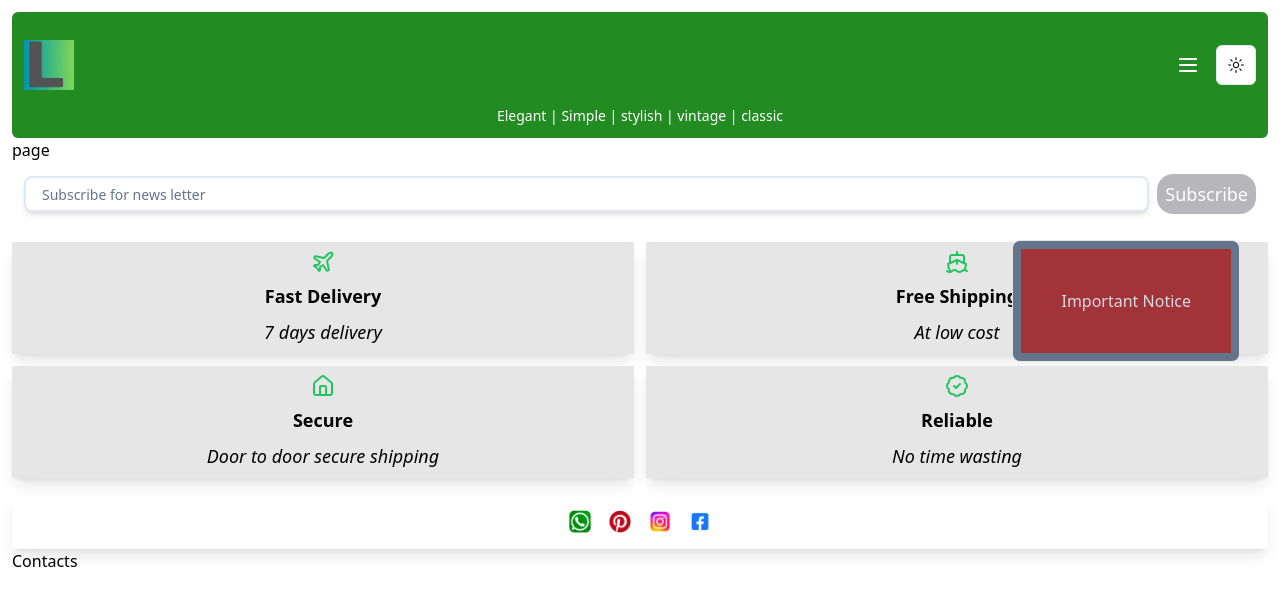
Repository: Semanmernstack/bisi-abejide
Page: /bb
These files come from the project's save history. The page is drawn as it stood at one moment and after the next save; the edit follows.
The browser window is 1280 px wide. The pictures show the whole page.
The project was rebuilt for these pictures with package versions that can differ from the ones it lists, and the page was loaded fresh each time. The framework's server and built-in components were replaced by stand-ins that run in the browser. Also part of the build but not shown: next.config.mjs.

Above is the page before, as saved 2024-04-24 09:37:47.

### app/layout.tsx
import type { Metadata } from "next";
import { Inter } from "next/font/google";
import "./globals.css";
import { ThemeProvider } from "@/components/theme-provider";
import Nav from "@/components/Nav";
import Footer from "@/components/Footer";

const inter = Inter({ subsets: ["latin"] });

export const metadata: Metadata = {
  title: "Welcome to Lolaflo store",
  description: "Hppy Shopping",
};

export default function RootLayout({
  children,
}: Readonly<{
  children: React.ReactNode;
}>) {
  return (
    <html lang="en">
      <body className=" flex flex-col p-3  min-h-screen   dark:bg-gray-800 dark:text-white">
      <ThemeProvider
            attribute="class"
            defaultTheme="system"
            enableSystem
            disableTransitionOnChange
          >
            <Nav/>
        {children}
        <Footer/>
      </ThemeProvider>
        </body>
    </html>
  );
}

### components/Nav.tsx
"use client"

import Image from "next/image"
import Cat from "./Cat"
import Toggle from "./Toggle"
import { motion } from "framer-motion"
import anky from '../public/anky.gif'
import Link from "next/link"

function Nav() {
    return (
      <div    className='p-3 top-0 z-50 sticky w-full bg-[#228B22] rounded-md  '>

          <div    className='flex py-4 gap-2 items-center justify-between '>
              <motion.div
                     initial={{
                        x: -500,
                         opacity: 0,
                        scale:0.5,
                    }}
                    animate={{
                        x:0,
                        opacity: 1,
                        scale: 1,
                    }}
                    transition={{
                        duration: 1,
                    }}
                    className='flex flex-col  justify-start   font-serif items-center  text-white'>
                    <Link href={'/'} className="flex flex-col ">


                      <Image className="flex justify-start" src={anky} alt="" width={50} height={40}/>

                    </Link>






              </motion.div>
              <motion.div
                  initial={{
                    x: 500,
                    opacity: 0,
                    scale:0.5,
                }}
                animate={{
                    x:0,
                    opacity: 1,
                    scale: 1,
                }}
                transition={{
                    duration: 1,
                }}
                className='flex items-center  space-x-2'>
                  <Cat/>
                  <Toggle/>
              </motion.div>
          </div>

          <div  className="flex  text-center justify-center text-white text-xs ">
                <h1 className="text-sm font-medium">Elegant | Simple | stylish | vintage | classic</h1>
            </div>

      </div>
    )
  }

  export default Nav

### components/Footer.tsx
"use client"
import React, { useState } from 'react'
import Mailing from './Mailing'
import Delivery from './Delivery'
import Ai from './Ai'
import NewsLet from './NewsLet'
import SubAi from './SubAi'
import Contacts from './Contacts'
import Icon from './Icon'

function Footer() {

  return (
    <div >
        <div>
            <NewsLet/>
            <SubAi   />
            <Delivery />
            <Icon/>
            <Contacts/>
        </div>
    </div>
  )
}

export default Footer

try {

} catch (error) {

}

### components/Cat.tsx
"use client"
import React from 'react'
import {
    DropdownMenu,
    DropdownMenuContent,
    DropdownMenuItem,
    DropdownMenuLabel,
    DropdownMenuSeparator,
    DropdownMenuTrigger,
  } from "@/components/ui/dropdown-menu"
import { MenuIcon } from 'lucide-react'
import { usePathname } from 'next/navigation'
import Link from 'next/link'
import Icon from './Icon'

interface P {
    name: string,
    href: string
}

const links: P[] = [
    {
        name: 'Home', href: "/"
    },
    {
        name: 'Ankara ', href: "/Ankara"

    },

    {
        name: 'Kaftan ', href: "/Kaftan"

    },
    {
        name: 'Turban ', href: "/Turban"

    },




]


function Cat() {
    const pathname = usePathname()
  return (

    <div>
        <DropdownMenu >
            <DropdownMenuTrigger className=" flex flex-col w-10 h-9  text-white text-xl  justify-center items-center text-center">
                <MenuIcon/>
            </DropdownMenuTrigger>
            <DropdownMenuContent className=''>
                <DropdownMenuLabel className=" flex font-bold font-serif sm:font-bold justify-center gap-1 p-1 border items-center"> CATEGORIES</DropdownMenuLabel>
                <DropdownMenuSeparator />

                <DropdownMenuItem className="flex items-center justify-center   flex-col p-3 gap-2    rounded-md">
                {links.map((l, index) => (
                <div key={index} className='flex   rounded-lg  text-zinc-500 md:w-1/2 text-center font-extrabold     p-2 transition ease-in-out delay-150 hover:-translate-y-1 hover:scale-95  duration-300 '>
                    {pathname === l.href ? (
                        <Link href={l.href} className='text-sm sm:text-lg text-red-800 font-semibold animate-pulse'>
                            {l.name}
                        </Link>

                    ):(
                        <Link href= {l.href }
                        className="flex   p-2 gap-1 italic sm:font-semibold hover:border rounded-lg border-teal-700  text-slate-800 dark:text-white text-sm sm:text-lg font-bold transition duration-100  "
                        >
                            {l.name}
                        </Link>

                    )}

                </div>
            ))}
            <Icon/>

                </DropdownMenuItem>


            </DropdownMenuContent>
        </DropdownMenu>

    </div>
  )
}

export default Cat

### components/Toggle.tsx
"use client"
import React from 'react'
import { MoonIcon, SunIcon } from "@radix-ui/react-icons"
import { useTheme } from "next-themes"
import { Button } from "@/components/ui/button"
import {
    DropdownMenu,
    DropdownMenuContent,
    DropdownMenuItem,
    DropdownMenuTrigger,
  } from "@/components/ui/dropdown-menu"

function Toggle() {
    const { setTheme } = useTheme()
  return (
    <div>
        <DropdownMenu>
      <DropdownMenuTrigger asChild>
        <Button variant="outline" size="icon">
          <SunIcon className=" h-4 w-4 rotate-0 scale-100 transition-all dark:-rotate-90 dark:scale-0" />
          <MoonIcon className="absolute h-4 w-4 rotate-90 scale-0 transition-all dark:rotate-0 dark:scale-100" />
          <span className="sr-only">Toggle theme</span>
        </Button>
      </DropdownMenuTrigger>
      <DropdownMenuContent align="end">
        <DropdownMenuItem onClick={() => setTheme("light")}>
          Light
        </DropdownMenuItem>
        <DropdownMenuItem onClick={() => setTheme("dark")}>
          Dark
        </DropdownMenuItem>
        <DropdownMenuItem onClick={() => setTheme("system")}>
          System
        </DropdownMenuItem>
      </DropdownMenuContent>
    </DropdownMenu>

    </div>
  )
}

export default Toggle

### components/Delivery.tsx

import {  BadgeCheckIcon, PlaneIcon, HomeIcon, ShipIcon } from 'lucide-react'
import React from 'react'

const details = [
    {
        name: 'Fast Delivery',
        icon: <PlaneIcon/>,
        desc: '7 days delivery',
    },
    {
        name: 'Free Shipping',
        icon: <ShipIcon/>,
        desc: 'At low cost',
    },
    {
        name: 'Secure',
        icon: <HomeIcon/>,
        desc: 'Door to door secure shipping',
    },
    {
        name: 'Reliable',
        icon: <BadgeCheckIcon/>,
        desc: 'No time wasting',
    },
]

function Delivery() {
  return (
    <div className='  dark:bg-gray-800   py-4 grid grid-cols-1 sm:grid-cols-2 gap-3'>
        {details?.map((b, i) => (
            <div className='flex flex-col border-1  text-center justify-center items-center  bg-[#e6e6e6] p-2 gap-2 shadow-lg ' key={i}>
                <h2 className='text-green-500 '>{b.icon}</h2>
                <h4 className='text-xs sm:text-sm md:text-lg dark:text-white font-bold'>{b.name}</h4>
                <h5 className='text-xs sm:text-sm  dark:text-white md:text-lg italic'>{b.desc}</h5>


            </div>

        ))}


    </div>

  )
}

export default Delivery

### components/NewsLet.tsx
import React from 'react'
import Mail from './Mail'

function NewsLet() {
  return (
    <div>
        <Mail/>
    </div>
  )
}

export default NewsLet

### components/SubAi.tsx
"use client"

import React, { useState } from 'react'
import Ai from './Ai';
import { motion } from "framer-motion"

function SubAi() {
  const [chatBoxOpen, setChatBoxOpen] = useState(false);
  return (
    <motion.div
    initial={{
      x: 500,
      opacity: 0,
      scale:0.5,
  }}
  animate={{
      x:0,
      opacity: 1,
      scale: 1,
  }}
  transition={{
      duration: 1,
  }}
       className='flex top-60 right-10 z-50 fixed  bg-slate-500 rounded-lg text-white  max-w-2xl border p-2 '  >



      <Ai />
    </motion.div>
  )
}

export default SubAi

### components/Icon.tsx
"use client"
import React from 'react'

import whatsapp from '../public/whatsapp.png'
import instagram from '../public/intagram.jpg'
import facebook from '../public/facebook.png'
import pinterest from '../public/pinterest.png'
import Image from 'next/image'
import Link from 'next/link'

function Icon() {
  return (
    <div


        className='flex p-4 gap-4 shadow-lg items-center text-center justify-center   text-sm      '>

        <Link className='contain  transition ease-in-out delay-150  hover:translate-y-1 hover:scale-95  duration-300      ' href={''}>
            <Image src={whatsapp} alt="whatsapp" width={24} height={24} />
        </Link>
        <Link className='contain  transition ease-in-out delay-150  hover:translate-y-1 hover:scale-95  duration-300    ' href={''}>
            <Image src={pinterest} alt="whatsapp" width={24} height={24} />
        </Link>
        <Link className='contain transition ease-in-out delay-150  hover:translate-y-1 hover:scale-95  duration-300   ' href={''}>

            <Image src={instagram} alt="whatsapp" width={24} height={24} />
        </Link>
        <Link className='contain transition ease-in-out delay-150  hover:translate-y-1 hover:scale-95  duration-300     ' href={''}>
            <Image src={facebook} alt="whatsapp" width={24} height={24} />
        </Link>


    </div>
  )
}

export default Icon

### components/ui/dropdown-menu.tsx
"use client"

import * as React from "react"
import * as DropdownMenuPrimitive from "@radix-ui/react-dropdown-menu"
import { Check, ChevronRight, Circle } from "lucide-react"

import { cn } from "@/lib/utils"

const DropdownMenu = DropdownMenuPrimitive.Root

const DropdownMenuTrigger = DropdownMenuPrimitive.Trigger

const DropdownMenuGroup = DropdownMenuPrimitive.Group

const DropdownMenuPortal = DropdownMenuPrimitive.Portal

const DropdownMenuSub = DropdownMenuPrimitive.Sub

const DropdownMenuRadioGroup = DropdownMenuPrimitive.RadioGroup

const DropdownMenuSubTrigger = React.forwardRef<
  React.ElementRef<typeof DropdownMenuPrimitive.SubTrigger>,
  React.ComponentPropsWithoutRef<typeof DropdownMenuPrimitive.SubTrigger> & {
    inset?: boolean
  }
>(({ className, inset, children, ...props }, ref) => (
  <DropdownMenuPrimitive.SubTrigger
    ref={ref}
    className={cn(
      "flex cursor-default select-none items-center rounded-sm px-2 py-1.5 text-sm outline-none focus:bg-slate-100 data-[state=open]:bg-slate-100 dark:focus:bg-slate-800 dark:data-[state=open]:bg-slate-800",
      inset && "pl-8",
      className
    )}
    {...props}
  >
    {children}
    <ChevronRight className="ml-auto h-4 w-4" />
  </DropdownMenuPrimitive.SubTrigger>
))
DropdownMenuSubTrigger.displayName =
  DropdownMenuPrimitive.SubTrigger.displayName

const DropdownMenuSubContent = React.forwardRef<
  React.ElementRef<typeof DropdownMenuPrimitive.SubContent>,
  React.ComponentPropsWithoutRef<typeof DropdownMenuPrimitive.SubContent>
>(({ className, ...props }, ref) => (
  <DropdownMenuPrimitive.SubContent
    ref={ref}
    className={cn(
      "z-50 min-w-[8rem] overflow-hidden rounded-md border border-slate-200 bg-white p-1 text-slate-950 shadow-lg data-[state=open]:animate-in data-[state=closed]:animate-out data-[state=closed]:fade-out-0 data-[state=open]:fade-in-0 data-[state=closed]:zoom-out-95 data-[state=open]:zoom-in-95 data-[side=bottom]:slide-in-from-top-2 data-[side=left]:slide-in-from-right-2 data-[side=right]:slide-in-from-left-2 data-[side=top]:slide-in-from-bottom-2 dark:border-slate-800 dark:bg-slate-950 dark:text-slate-50",
      className
    )}
    {...props}
  />
))
DropdownMenuSubContent.displayName =
  DropdownMenuPrimitive.SubContent.displayName

const DropdownMenuContent = React.forwardRef<
  React.ElementRef<typeof DropdownMenuPrimitive.Content>,
  React.ComponentPropsWithoutRef<typeof DropdownMenuPrimitive.Content>
>(({ className, sideOffset = 4, ...props }, ref) => (
  <DropdownMenuPrimitive.Portal>
    <DropdownMenuPrimitive.Content
      ref={ref}
      sideOffset={sideOffset}
      className={cn(
        "z-50 min-w-[8rem] overflow-hidden rounded-md border border-slate-200 bg-white p-1 text-slate-950 shadow-md data-[state=open]:animate-in data-[state=closed]:animate-out data-[state=closed]:fade-out-0 data-[state=open]:fade-in-0 data-[state=closed]:zoom-out-95 data-[state=open]:zoom-in-95 data-[side=bottom]:slide-in-from-top-2 data-[side=left]:slide-in-from-right-2 data-[side=right]:slide-in-from-left-2 data-[side=top]:slide-in-from-bottom-2 dark:border-slate-800 dark:bg-slate-950 dark:text-slate-50",
        className
      )}
      {...props}
    />
  </DropdownMenuPrimitive.Portal>
))
DropdownMenuContent.displayName = DropdownMenuPrimitive.Content.displayName

const DropdownMenuItem = React.forwardRef<
  React.ElementRef<typeof DropdownMenuPrimitive.Item>,
  React.ComponentPropsWithoutRef<typeof DropdownMenuPrimitive.Item> & {
    inset?: boolean
  }
>(({ className, inset, ...props }, ref) => (
  <DropdownMenuPrimitive.Item
    ref={ref}
    className={cn(
      "relative flex cursor-default select-none items-center rounded-sm px-2 py-1.5 text-sm outline-none transition-colors focus:bg-slate-100 focus:text-slate-900 data-[disabled]:pointer-events-none data-[disabled]:opacity-50 dark:focus:bg-slate-800 dark:focus:text-slate-50",
      inset && "pl-8",
      className
    )}
    {...props}
  />
))
DropdownMenuItem.displayName = DropdownMenuPrimitive.Item.displayName

const DropdownMenuCheckboxItem = React.forwardRef<
  React.ElementRef<typeof DropdownMenuPrimitive.CheckboxItem>,
  React.ComponentPropsWithoutRef<typeof DropdownMenuPrimitive.CheckboxItem>
>(({ className, children, checked, ...props }, ref) => (
  <DropdownMenuPrimitive.CheckboxItem
    ref={ref}
    className={cn(
      "relative flex cursor-default select-none items-center rounded-sm py-1.5 pl-8 pr-2 text-sm outline-none transition-colors focus:bg-slate-100 focus:text-slate-900 data-[disabled]:pointer-events-none data-[disabled]:opacity-50 dark:focus:bg-slate-800 dark:focus:text-slate-50",
      className
    )}
    checked={checked}
    {...props}
  >
    <span className="absolute left-2 flex h-3.5 w-3.5 items-center justify-center">
      <DropdownMenuPrimitive.ItemIndicator>
        <Check className="h-4 w-4" />
      </DropdownMenuPrimitive.ItemIndicator>
    </span>
    {children}
  </DropdownMenuPrimitive.CheckboxItem>
))
DropdownMenuCheckboxItem.displayName =
  DropdownMenuPrimitive.CheckboxItem.displayName

const DropdownMenuRadioItem = React.forwardRef<
  React.ElementRef<typeof DropdownMenuPrimitive.RadioItem>,
  React.ComponentPropsWithoutRef<typeof DropdownMenuPrimitive.RadioItem>
>(({ className, children, ...props }, ref) => (
  <DropdownMenuPrimitive.RadioItem
    ref={ref}
    className={cn(
      "relative flex cursor-default select-none items-center rounded-sm py-1.5 pl-8 pr-2 text-sm outline-none transition-colors focus:bg-slate-100 focus:text-slate-900 data-[disabled]:pointer-events-none data-[disabled]:opacity-50 dark:focus:bg-slate-800 dark:focus:text-slate-50",
      className
    )}
    {...props}
  >
    <span className="absolute left-2 flex h-3.5 w-3.5 items-center justify-center">
      <DropdownMenuPrimitive.ItemIndicator>
        <Circle className="h-2 w-2 fill-current" />
      </DropdownMenuPrimitive.ItemIndicator>
    </span>
    {children}
  </DropdownMenuPrimitive.RadioItem>
))
DropdownMenuRadioItem.displayName = DropdownMenuPrimitive.RadioItem.displayName

const DropdownMenuLabel = React.forwardRef<
  React.ElementRef<typeof DropdownMenuPrimitive.Label>,
  React.ComponentPropsWithoutRef<typeof DropdownMenuPrimitive.Label> & {
    inset?: boolean
  }
>(({ className, inset, ...props }, ref) => (
  <DropdownMenuPrimitive.Label
    ref={ref}
    className={cn(
      "px-2 py-1.5 text-sm font-semibold",
      inset && "pl-8",
      className
    )}
    {...props}
  />
))
DropdownMenuLabel.displayName = DropdownMenuPrimitive.Label.displayName

const DropdownMenuSeparator = React.forwardRef<
  React.ElementRef<typeof DropdownMenuPrimitive.Separator>,
  React.ComponentPropsWithoutRef<typeof DropdownMenuPrimitive.Separator>
>(({ className, ...props }, ref) => (
  <DropdownMenuPrimitive.Separator
    ref={ref}
    className={cn("-mx-1 my-1 h-px bg-slate-100 dark:bg-slate-800", className)}
    {...props}
  />
))
DropdownMenuSeparator.displayName = DropdownMenuPrimitive.Separator.displayName

const DropdownMenuShortcut = ({
  className,
  ...props
}: React.HTMLAttributes<HTMLSpanElement>) => {
  return (
    <span
      className={cn("ml-auto text-xs tracking-widest opacity-60", className)}
      {...props}
    />
  )
}
DropdownMenuShortcut.displayName = "DropdownMenuShortcut"

export {
  DropdownMenu,
  DropdownMenuTrigger,
  DropdownMenuContent,
  DropdownMenuItem,
  DropdownMenuCheckboxItem,
  DropdownMenuRadioItem,
  DropdownMenuLabel,
  DropdownMenuSeparator,
  DropdownMenuShortcut,
  DropdownMenuGroup,
  DropdownMenuPortal,
  DropdownMenuSub,
  DropdownMenuSubContent,
  DropdownMenuSubTrigger,
  DropdownMenuRadioGroup,
}

### components/ui/button.tsx
import * as React from "react"
import { Slot } from "@radix-ui/react-slot"
import { cva, type VariantProps } from "class-variance-authority"

import { cn } from "@/lib/utils"

const buttonVariants = cva(
  "inline-flex items-center justify-center whitespace-nowrap rounded-md text-sm font-medium ring-offset-white transition-colors focus-visible:outline-none focus-visible:ring-2 focus-visible:ring-slate-950 focus-visible:ring-offset-2 disabled:pointer-events-none disabled:opacity-50 dark:ring-offset-slate-950 dark:focus-visible:ring-slate-300",
  {
    variants: {
      variant: {
        default: "bg-slate-900 text-slate-50 hover:bg-slate-900/90 dark:bg-slate-50 dark:text-slate-900 dark:hover:bg-slate-50/90",
        destructive:
          "bg-red-500 text-slate-50 hover:bg-red-500/90 dark:bg-red-900 dark:text-slate-50 dark:hover:bg-red-900/90",
        outline:
          "border border-slate-200 bg-white hover:bg-slate-100 hover:text-slate-900 dark:border-slate-800 dark:bg-slate-950 dark:hover:bg-slate-800 dark:hover:text-slate-50",
        secondary:
          "bg-slate-100 text-slate-900 hover:bg-slate-100/80 dark:bg-slate-800 dark:text-slate-50 dark:hover:bg-slate-800/80",
        ghost: "hover:bg-slate-100 hover:text-slate-900 dark:hover:bg-slate-800 dark:hover:text-slate-50",
        link: "text-slate-900 underline-offset-4 hover:underline dark:text-slate-50",
      },
      size: {
        default: "h-10 px-4 py-2",
        sm: "h-9 rounded-md px-3",
        lg: "h-11 rounded-md px-8",
        icon: "h-10 w-10",
      },
    },
    defaultVariants: {
      variant: "default",
      size: "default",
    },
  }
)

export interface ButtonProps
  extends React.ButtonHTMLAttributes<HTMLButtonElement>,
    VariantProps<typeof buttonVariants> {
  asChild?: boolean
}

const Button = React.forwardRef<HTMLButtonElement, ButtonProps>(
  ({ className, variant, size, asChild = false, ...props }, ref) => {
    const Comp = asChild ? Slot : "button"
    return (
      <Comp
        className={cn(buttonVariants({ variant, size, className }))}
        ref={ref}
        {...props}
      />
    )
  }
)
Button.displayName = "Button"

export { Button, buttonVariants }

### components/Mail.tsx
"use client"
import React, { FormEvent, useState } from 'react'
import { Input } from './ui/input'
import { Button } from './ui/button'

function Mail() {
    const [input, setInput] = useState<string>("")
    const [mailError, setMailError] = useState<string> ("")
    const [mailOk, setMailOk] = useState<string>("")

    const handleSubmit = async (e: FormEvent<HTMLFormElement>) => {
        e.preventDefault()
        const email = input;


        const res = await fetch("/api/mailSub", {
            method: 'POST',
            headers: {
                "Content-Type": "application/json",
            },

            body: JSON.stringify({email}),

        })

        const data = await res.json()
        if (data.error) {
            setMailError('Hey you already subscribe to trizzas cake')

            return
        }
        setMailOk(data.res)
        setInput("")


    }


  return (
    <div className='flex flex-col items-center w-full  '>
        <form className="flex  flex-col p-3 w-full " onSubmit={handleSubmit}>
            <div className='gap-2 flex  flex-col md:flex-row items-center'>
                <Input type="email"
                    placeholder='Subscribe for news letter'
                    value={input}

                    onChange={(e) => setInput(e.target.value)}
                    required
                    className="outline-none flex-1 w-full text-white shadow-md  border-2 h-12 md:h-8   p-4 rounded-lg   from-fuchsia-400 "

                 />
                 <Button className="text-sm   text-center justify-center flex cursor-pointer  text-white bg-zinc-500 p-2  sm:text-lg transition ease-in-out delay-150 hover:-translate-y-1 hover:scale-95  duration-300  rounded-xl md:rounded-2xl " type='submit' disabled={!input}    >
                    Subscribe
                 </Button>
            </div>

        </form>
        {(mailOk || mailError ) && (
            <div className="mt-5 text-sm text-center justify-center font-extrabold">
             {mailOk ?(<p className="  bg-red-900 px-2 py-2 mb-2 text-white"> Subscription Sucessful !! </p>):(<p className="bg-green-500 p-1">You already Subscribed</p>)}
            </div>
        )}

    </div>
  )
}

export default Mail

### components/Ai.tsx
import {  Bot, MessageCircleIcon, SendHorizontal, XCircle } from 'lucide-react'
import React, { useState } from 'react'


import Popup from 'reactjs-popup';
import 'reactjs-popup/dist/index.css';


function Ai() {





  return (


  <div className=' flex  lg:p-10 bg-red-700 animate-pulse  ' >

  <Popup className='text-lg' trigger={<button>Important Notice</button>} position="bottom center">
    <div className='p-5 max-w-3xl mx-auto  gap-2 flex flex-col items-center justify-center border'>
      <span className='p-3 space-y-2 '>Fashion Statement: Lolaflocouture is a fashion house that designs mainly female clothing. The designs were made for modern elegant women who want to look good in casual or classic outfits. Lolaflocouture clothing is making a statement in their band that you can look traditional and trendy, stylish, cute, and elegant.</span>

    </div>
  </Popup>

  </div>

  )
}

export default Ai

### components/ui/input.tsx
import * as React from "react"

import { cn } from "@/lib/utils"

export interface InputProps
  extends React.InputHTMLAttributes<HTMLInputElement> {}

const Input = React.forwardRef<HTMLInputElement, InputProps>(
  ({ className, type, ...props }, ref) => {
    return (
      <input
        type={type}
        className={cn(
          "flex h-10 w-full rounded-md border border-slate-200 bg-white px-3 py-2 text-sm ring-offset-white file:border-0 file:bg-transparent file:text-sm file:font-medium placeholder:text-slate-500 focus-visible:outline-none focus-visible:ring-2 focus-visible:ring-slate-950 focus-visible:ring-offset-2 disabled:cursor-not-allowed disabled:opacity-50 dark:border-slate-800 dark:bg-slate-950 dark:ring-offset-slate-950 dark:placeholder:text-slate-400 dark:focus-visible:ring-slate-300",
          className
        )}
        ref={ref}
        {...props}
      />
    )
  }
)
Input.displayName = "Input"

export { Input }

Loaded but not shown: app/bb/page.tsx (common file); app/globals.css (common file); components/theme-provider.tsx (common file); components/Contacts.tsx (common file); lib/utils.ts (common file); tailwind.config.ts (common file)

After the next save:
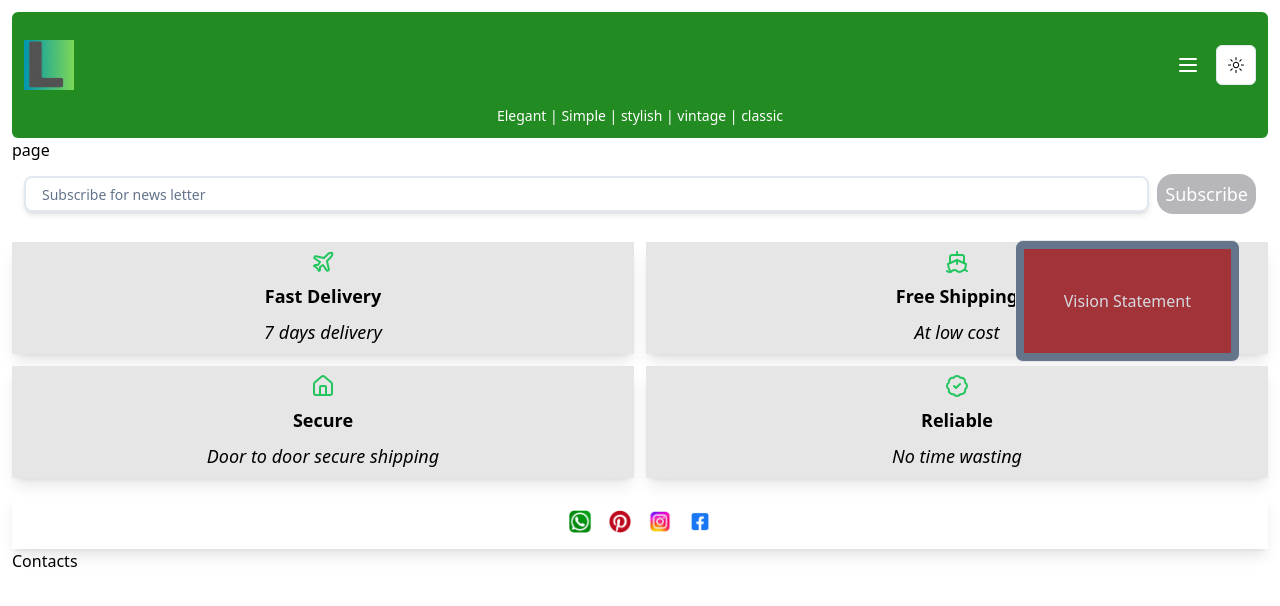
Saved 88 s later.
--- a/components/Ai.tsx
+++ b/components/Ai.tsx
@@ -17,7 +17,7 @@ function Ai() {
 
   <div className=' flex  lg:p-10 bg-red-700 animate-pulse  ' >
 
-  <Popup className='text-lg' trigger={<button>Important Notice</button>} position="bottom center">
+  <Popup className='text-lg' trigger={<button>Vision Statement</button>} position="bottom center">
     <div className='p-5 max-w-3xl mx-auto  gap-2 flex flex-col items-center justify-center border'>
       <span className='p-3 space-y-2 '>Fashion Statement: Lolaflocouture is a fashion house that designs mainly female clothing. The designs were made for modern elegant women who want to look good in casual or classic outfits. Lolaflocouture clothing is making a statement in their band that you can look traditional and trendy, stylish, cute, and elegant.</span>
 
